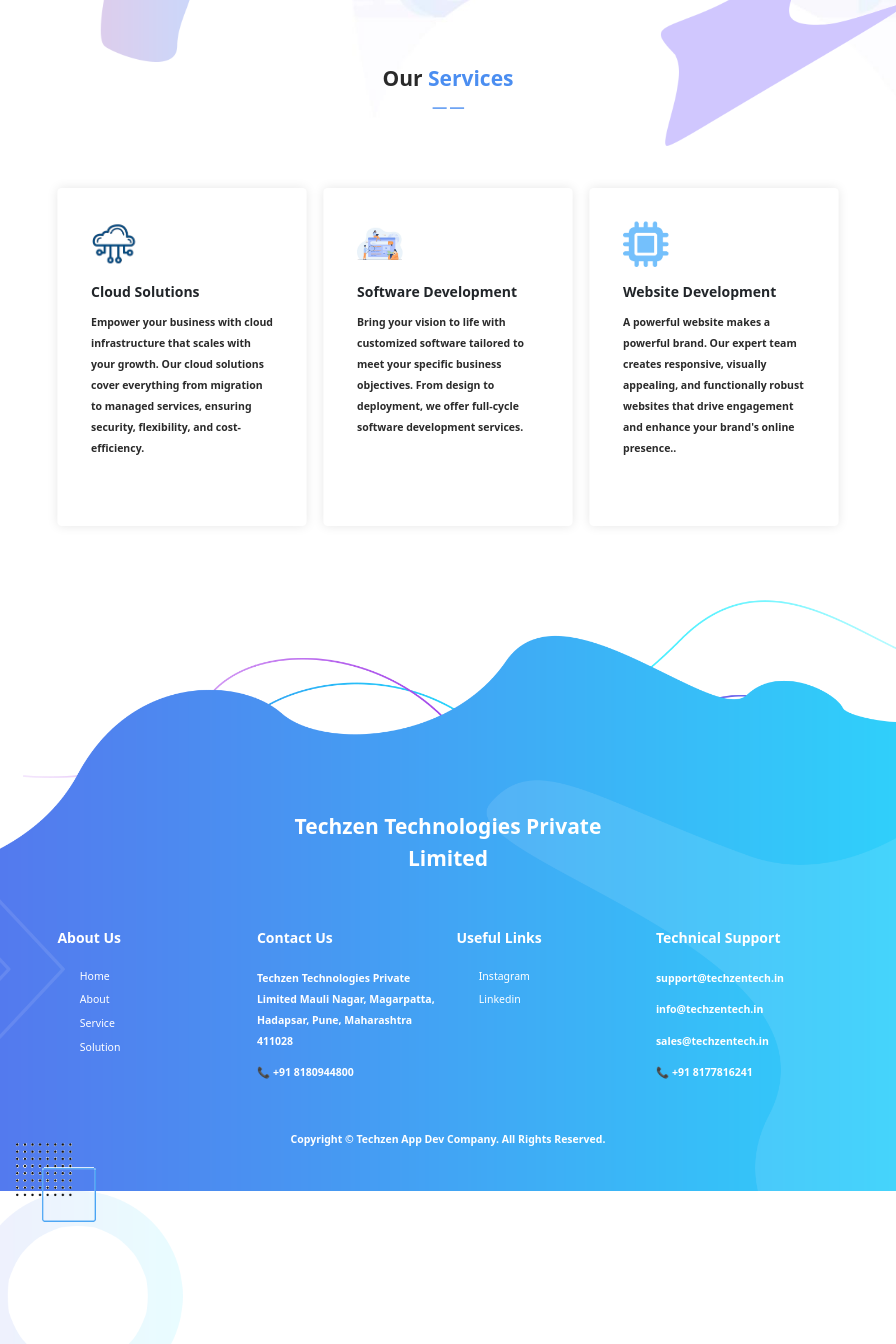
Repository: vijayholve/techzen
Page: about.html
An editor plug-in stored every save of this project. The page is shown before and after a run of saves, followed by the edit.
The browser window is 1280 px wide. The pictures show the part of the page from y = 1629 to 3549 px (the page is 3630 px tall before and 4012 px after), at 70% of full size.
Some web libraries are served in a nearby version.

Above is the page before, as saved 2024-11-13 16:46:16.

After the next 2 saves:
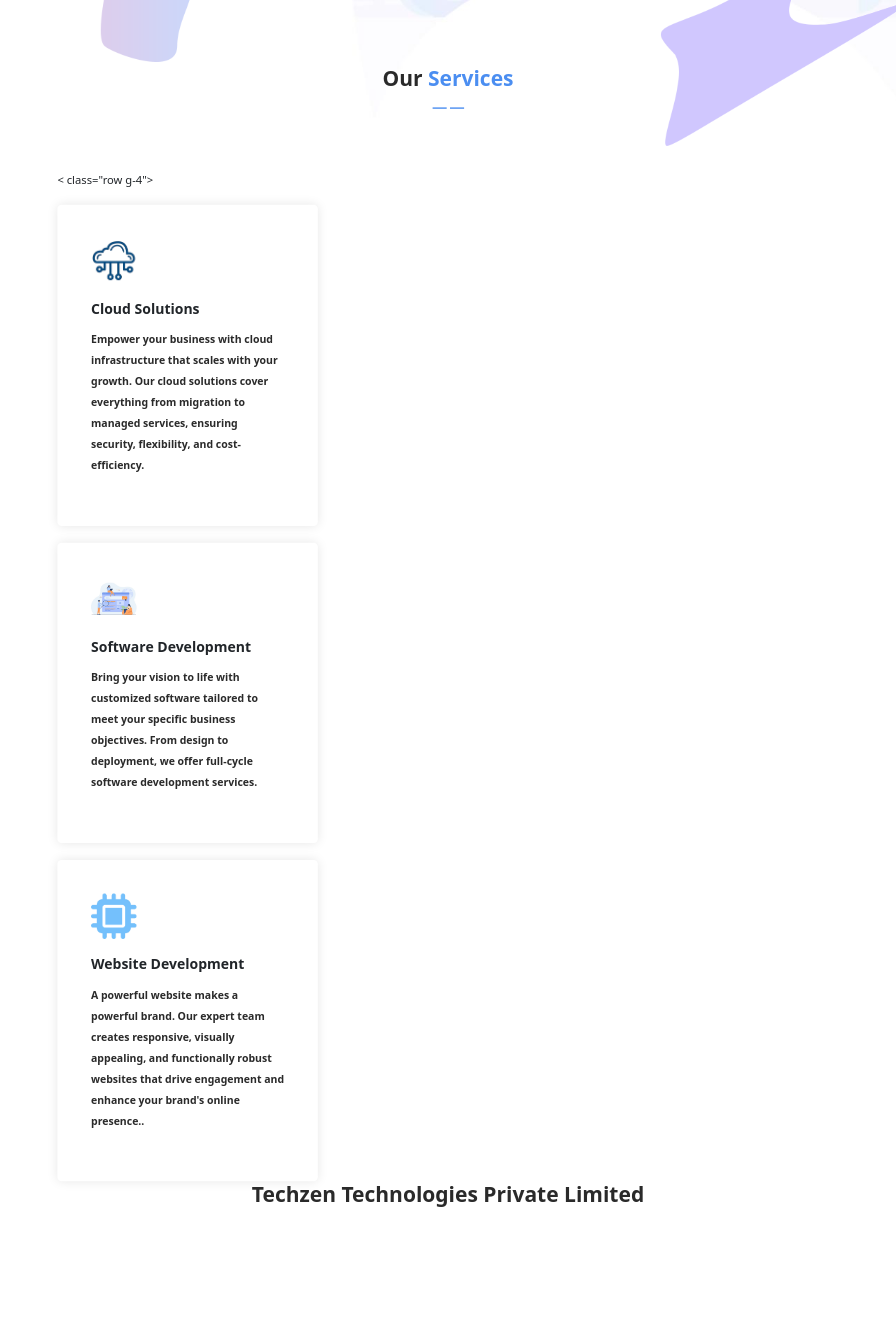
The 2 saves are shown as one change because they came seconds apart.
The last was saved 2 min 37 s later.
--- a/about.html
+++ b/about.html
@@ -166,7 +166,7 @@
     </div>
   <div class="container">
 
-    <div class="row g-4">
+    < class="row g-4">
         <div class="col-lg-4 col-md-6  wow fadeInUp" data-wow-delay="0.4s">
             <div class="service-item mt-4 rounded h-100 p-5">
                 <div class="d-inline-flex align-items-center justify-content-center bg-white rounded-circle mb-4" style="width: 65px; height: 65px;">
@@ -199,9 +199,7 @@
                   online presence..</p>
             </div>
         </div>
-        </div>
-        </div>
-
+        </
 
 
 
